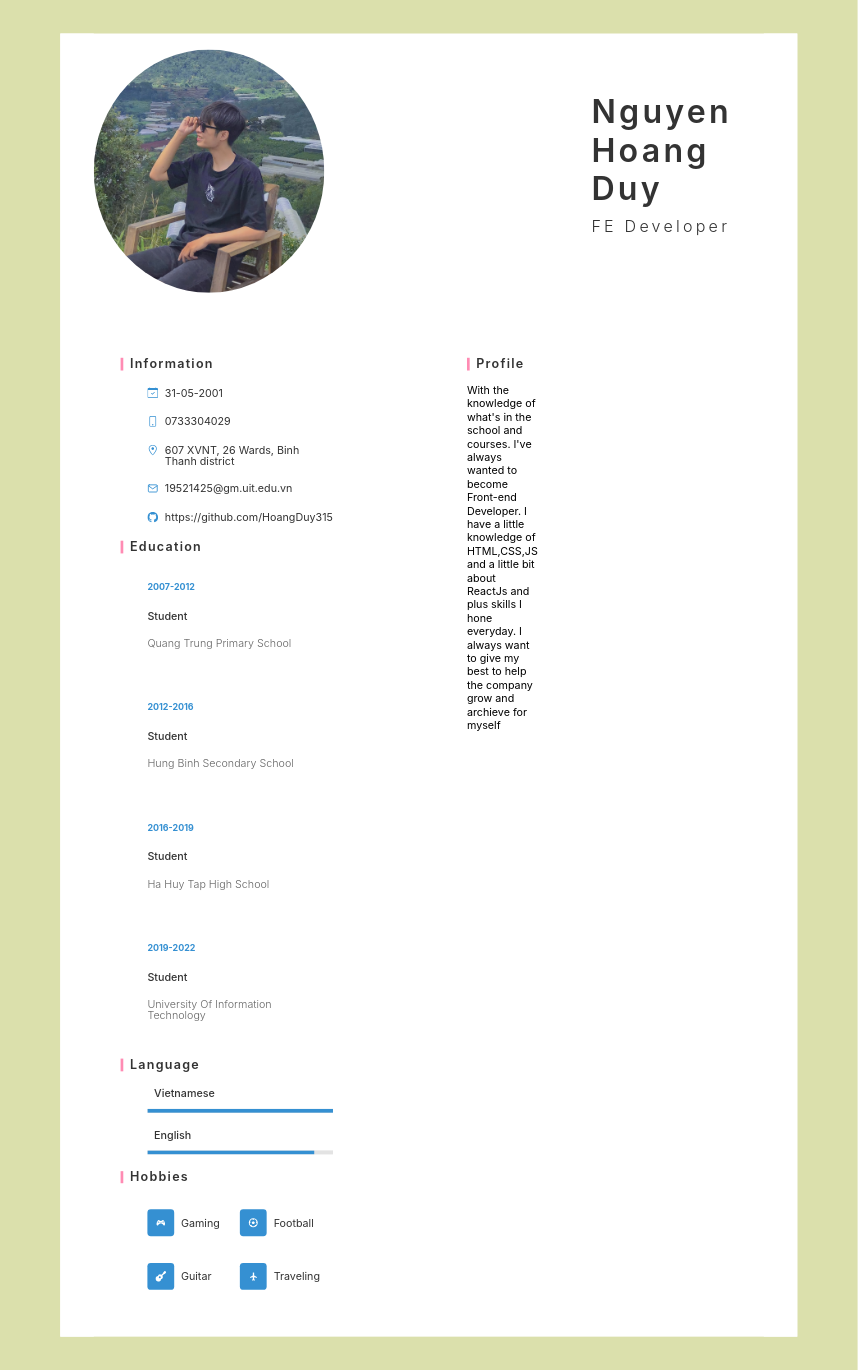
Repository: HoangDuy315/HW_TVK
Page: / (app in hw3cv/)
The author's editor kept a copy of each file at every save. The page is drawn from the files as they stood at one save, then again after the next save.
The browser window is 1280 px wide. The pictures show the whole page, at 67% of full size.
The project was rebuilt for these pictures with package versions that can differ from the ones it lists, and the page was loaded fresh each time. Also part of the build but not shown: hw3cv/src/App.css.

Above is the page before, as saved 2022-11-02 12:35:26.

### hw3cv/src/App.js
import "./App.css";
import Cv from "./components/Cv";

function App() {
  return (
    <>
      <Cv />
    </>
  );
}

export default App;

### hw3cv/src/components/Cv.jsx
import React from "react";
import "./Cv.css";
import logo from "../assets/123.JPG";
import { BsCalendarCheck, BsPhone, BsGithub } from "react-icons/bs";
import { GoLocation } from "react-icons/go";
import { FiMail } from "react-icons/fi";
import { GiGamepad } from "react-icons/gi";
import { BiFootball } from "react-icons/bi";
import { FaGuitar } from "react-icons/fa";
import { TiPlane } from "react-icons/ti";

const Cv = () => {
  return (
    <div className="bdy">
      <div className="container">
        <div className="top">
          <div className="imgbx">
            <div className="box">
              <img src={logo} className="duy" alt="" />
            </div>
          </div>
          <div className="profile">
            <h3>
              Nguyen Hoang Duy <br /> <span>FE Developer</span>
            </h3>
          </div>

          <div className="contentBox">
            <div className="leftSide">
              <h3>Information</h3>
              <ul>
                <li>
                  <span className="icon">
                    <BsCalendarCheck />
                  </span>
                  <span className="text">31-05-2001</span>
                </li>
                <li>
                  <span className="icon">
                    <BsPhone />
                  </span>
                  <span className="text">0733304029</span>
                </li>
                <li>
                  <span className="icon">
                    <GoLocation />
                  </span>
                  <span className="text">
                    607 XVNT, 26 Wards, Binh Thanh district
                  </span>
                </li>
                <li>
                  <span className="icon">
                    <FiMail />
                  </span>
                  <span className="text">19521425@gm.uit.edu.vn</span>
                </li>
                <li>
                  <span className="icon">
                    <BsGithub />
                  </span>
                  <span className="text">https://github.com/HoangDuy315</span>
                </li>
              </ul>

              <h3>Education</h3>
              <ul className="education">
                <li>
                  <h5>2007-2012</h5>
                  <h4>Student</h4>
                  <h6>Quang Trung Primary School</h6>
                </li>
                <li>
                  <h5>2012-2016</h5>
                  <h4>Student</h4>
                  <h6>Hung Binh Secondary School</h6>
                </li>
                <li>
                  <h5>2016-2019</h5>
                  <h4>Student</h4>
                  <h6>Ha Huy Tap High School</h6>
                </li>
                <li>
                  <h5>2019-2022</h5>
                  <h4>Student</h4>
                  <h6>University Of Information Technology</h6>
                </li>
              </ul>

              <h3>Language</h3>
              <ul className="language">
                <li>
                  <span className="text">Vietnamese</span>
                  <span className="percent">
                    <div className="wi"></div>
                  </span>
                </li>
                <li>
                  <span className="text">English</span>
                  <span className="percent">
                    <div className="wi2"></div>
                  </span>
                </li>
              </ul>

              <h3>Hobbies</h3>
              <ul className="interest">
                <li>
                  <span className="icon">
                    <GiGamepad />
                  </span>
                  <span>Gaming</span>
                </li>
                <li>
                  <span className="icon">
                    <BiFootball />
                  </span>
                  <span>Football</span>
                </li>
                <li>
                  <span className="icon">
                    <FaGuitar />
                  </span>
                  <span>Guitar</span>
                </li>
                <li>
                  <span className="icon">
                    <TiPlane />
                  </span>
                  <span>Traveling</span>
                </li>
              </ul>
            </div>

            <div className="rightSide">
              <div className="about">
                <h3>Profile</h3>
                <p>
                  With the knowledge of what's in the school and courses. I've
                  <br />
                  always wanted to become Front-end Developer. I have a little
                  knowledge of HTML,CSS,JS and a little bit about ReactJs and
                  plus skills I hone everyday. I always want to give my best to
                  help the company grow and archieve for myself
                </p>
              </div>
            </div>
          </div>
        </div>
      </div>
    </div>
  );
};

export default Cv;

### hw3cv/src/components/Cv.css
body {
  background: rgb(219, 224, 172);
}

#toggle {
  position: fixed;
  top: 20px;
  right: 20px;
  width: 60px;
  height: 60px;
  background: #03a9f4;
  cursor: pointer;
  display: flex;
  justify-content: center;
  align-items: center;
}

#toggle::before {
  content: "";
  position: absolute;
  width: 28px;
  height: 2px;
  background: #fff;
  transform: translateY(-5px);
  transition: 0.2s;
}

#toggle::after {
  content: "";
  position: absolute;
  width: 28px;
  height: 2px;
  background: #fff;
  transform: translateY(5px);
  transition: 0.2s;
}

#toggle.active::before {
  transform: translateY(0px) rotate(45deg);
}

#toggle.active::after {
  transform: translateY(0px) rotate(-45deg);
}

#sidebar {
  position: fixed;
  top: 0;
  left: -170px;
  width: 170px;
  height: 100vh;
  background: #ff8bb3;
  transition: 0.5s;
}

#sidebar.active {
  left: 0px;
}

#sidebar ul {
  position: relative;
  margin-top: 130px;
}

#sidebar ul li {
  list-style: none;
  display: inline-block;
  width: 100%;
  padding: 30px;
  margin-left: -35px;
  font-size: 18px;
  font-weight: bold;
  transition: all 0.5s ease;
}

#sidebar ul li:hover {
  transform: scale(1.3);
}

#sidebar ul li a {
  color: #fff;
  text-decoration: none;
  font-style: 1.5em;
  letter-spacing: 2px;
}

/* =========================================================== */
.bdy {
  display: flex;
  justify-content: center;
  align-items: center;
}

.container {
  position: relative;
  width: 100%;
  max-width: 1000px;
  background: #fff;
  margin: 50px;
  /* box-shadow: 0 50px 70px rgba(0, 0, 0, 0.1); */
  border-left: 50px solid #fff;
  border-right: 50px solid #fff;
}

.container .top {
  position: relative;
  display: grid;
  grid-template-columns: 1fr 2fr;
}

.container .top .imgbx {
  position: relative;
  width: 100%;
  display: flex;
  align-items: center;
}

.container .top .imgbx .box {
  position: relative;
  width: 70%;
  min-width: 200px;
  border-radius: 50%;
}

.container .contentBox {
  position: relative;
  display: grid;
  grid-template-columns: 1fr 2fr;
  padding: 0 40px 40px;
  margin-top: 50px;
}

.container .contentBox h3 {
  border-left: 4px solid #ff8bb3;
  padding-left: 10px;
  line-height: 1em;
  font-weight: 600;
  color: #333;
  letter-spacing: 0.1em;
}

.container .contentBox ul {
  position: relative;
  margin: 10px 0;
}

.container .contentBox ul li {
  list-style: none;
  margin: 25px 0;
  line-height: 1em;
  color: #333;
  cursor: pointer;
  display: flex;
}

.container .contentBox ul li ion-icon {
  font-size: 1.2em;
  margin-right: 10px;
  color: #3590d2;
}

.icon {
  color: #3590d2;
}

.text {
  margin-left: 10px;
}

.container .contentBox ul.education li {
  flex-direction: column;
  margin: 20px 0;
  line-height: -3px;
}
h5 {
  color: #3590d2;
}
h4 {
  color: #333;
  font-weight: 500;
  margin: 5px 0;
}
h6 {
  margin-top: 20px;
  color: #666;
  font-weight: 300;
  font-size: 1em;
}
.language li {
  flex-direction: column;
}
.language li span {
  color: #333;
  font-size: 16px;
  font-weight: 500;
}
.language .percent {
  position: relative;
  width: 100%;
  background: #e3e3e3;
  height: 6px;
  margin-top: 15px;
  display: block;
  overflow: hidden;
}

.language .percent div {
  position: absolute;
  top: 0;
  left: 0;
  height: 100%;
  background: #3590d2;
}

.wi {
  width: 100%;
}

.wi2 {
  width: 90%;
}
.container .contentBox ul.interest {
  position: relative;
  display: grid;
  grid-template-columns: 1fr 1fr;
}
.container .contentBox ul.interest li {
  display: flex;
  align-items: center;
  gap: 10px;
  margin: 20px 0;
}
.container .contentBox ul.interest li .icon {
  position: relative;
  width: 40px;
  height: 40px;
  background: #3590d2;
  color: #fff;
  border-radius: 5px;
  display: flex;
  justify-content: center;
  align-items: center;
}
.container .contentBox ul.interest li .icon ion-icon {
  color: #fff;
  margin-right: 0;
}
p {
  font-style: 300;
}
.rightSide {
  padding-left: 200px;
}
.about .box {
  display: flex;
  flex-direction: row;
  margin: 40px;
}
.about .box .year_company {
  min-width: 150px;
  margin-bottom: 10px;
}
.about .box .year_company .h5:nth-child(1) {
  color: #3590d2;
}
.about .box .text h4 {
  color: #3590d2;
  font-size: 16px;
  margin: 0;
}

.about_skill .box {
  position: relative;
  width: 100%;
  display: grid;
  grid-template-columns: 150px 1fr;
  justify-content: center;
  align-items: center;
}
.about_skill .box h4 {
  color: #333;
  font-weight: 500;
  margin-bottom: 5px;
}
.about_skill .box .percent {
  position: relative;
  width: 100%;
  height: 10px;
  background: #e3e3e3;
}
.about_skill .box .percent div {
  position: relative;
  top: 0;
  left: 0;
  height: 100%;
  background: #3590d2;
}

.duy {
  color: blue;
  position: relative;
  width: 70%;
  min-width: 200px;
  border-radius: 50%;
  overflow: hidden;
}

.container .top .profile {
  position: relative;
  padding: 40px;
  display: flex;
  align-items: center;
}

.container .top .profile h3 {
  font-size: 3em;
  letter-spacing: 0.1em;
  line-height: 1.2em;
  font-weight: 600;
  color: #333;
}

.container .top .profile h3 span {
  position: relative;
  font-size: 0.5em;
  font-weight: 300;
  top: -10px;
}

Loaded but not shown: hw3cv/public/index.html (common file); hw3cv/src/index.js (common file); hw3cv/src/index.css (common file)

After the next save:
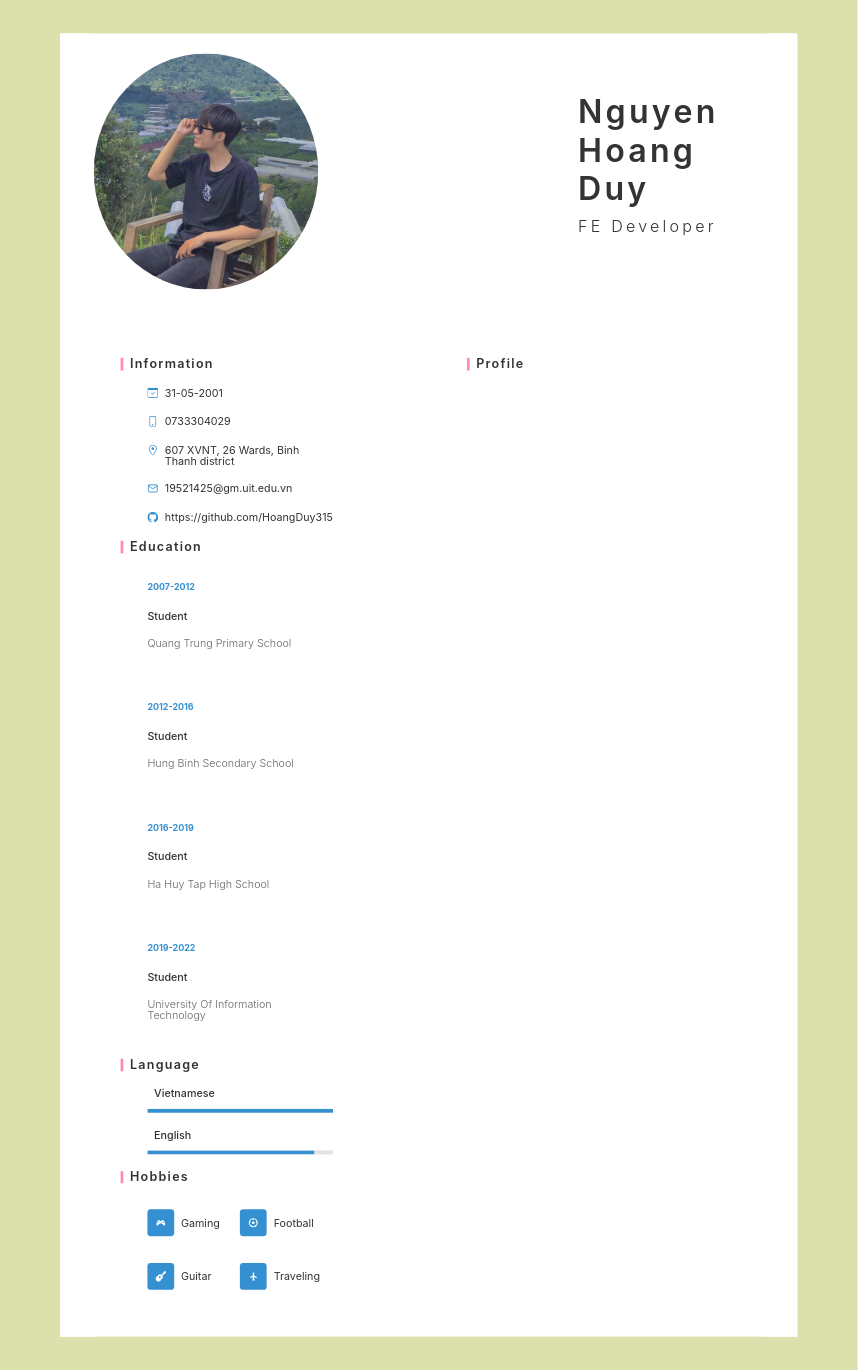
Saved 6 s later.
--- a/hw3cv/src/components/Cv.jsx
+++ b/hw3cv/src/components/Cv.jsx
@@ -135,14 +135,6 @@
             <div className="rightSide">
               <div className="about">
                 <h3>Profile</h3>
-                <p>
-                  With the knowledge of what's in the school and courses. I've
-                  <br />
-                  always wanted to become Front-end Developer. I have a little
-                  knowledge of HTML,CSS,JS and a little bit about ReactJs and
-                  plus skills I hone everyday. I always want to give my best to
-                  help the company grow and archieve for myself
-                </p>
               </div>
             </div>
           </div>

After the save that followed:
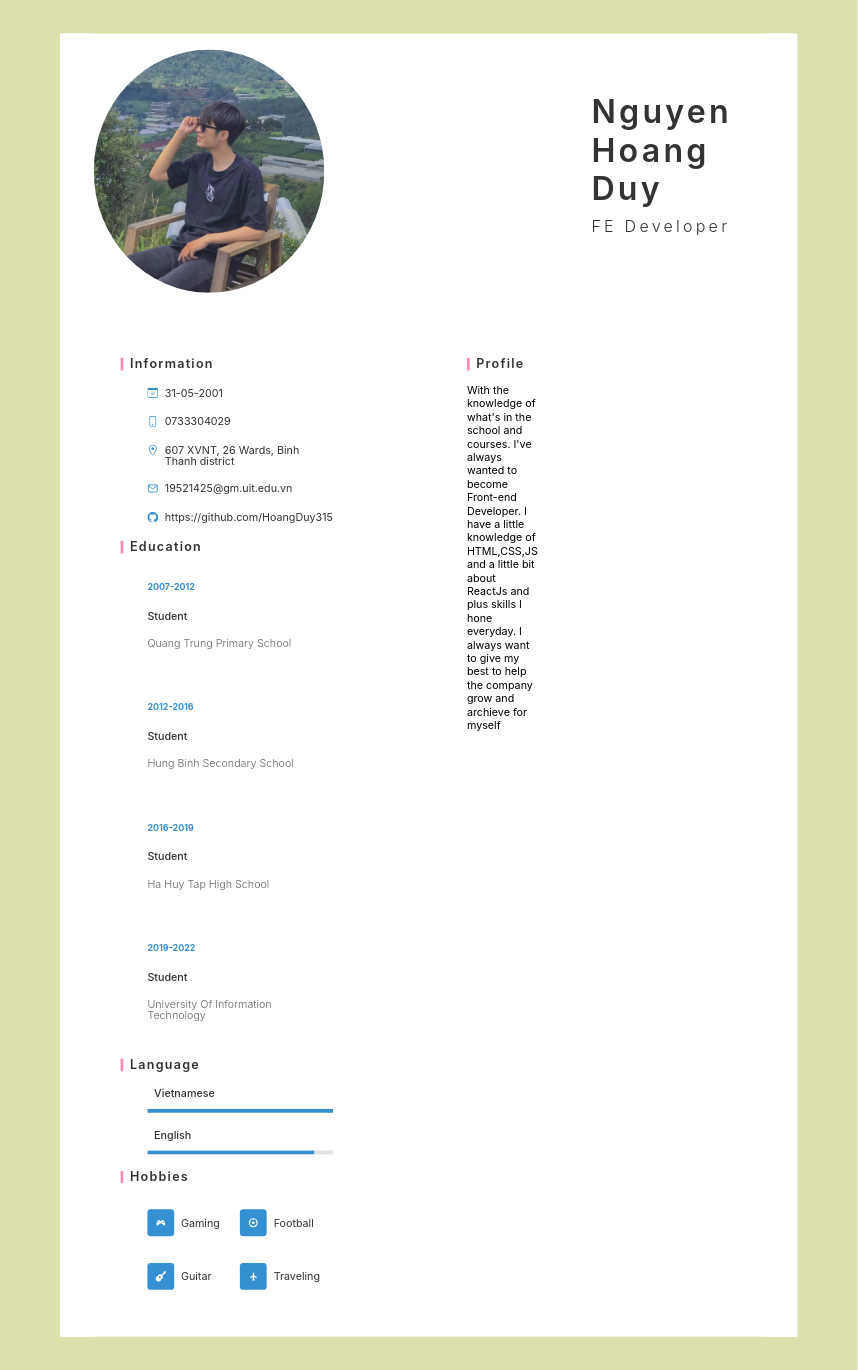
Saved 36 s later.
--- a/hw3cv/src/components/Cv.jsx
+++ b/hw3cv/src/components/Cv.jsx
@@ -135,6 +135,13 @@
             <div className="rightSide">
               <div className="about">
                 <h3>Profile</h3>
+                <p className="textx">
+                  With the knowledge of what's in the school and courses. I've
+                  always wanted to become Front-end Developer. I have a little
+                  knowledge of HTML,CSS,JS and a little bit about ReactJs and
+                  plus skills I hone everyday. I always want to give my best to
+                  help the company grow and archieve for myself
+                </p>
               </div>
             </div>
           </div>
